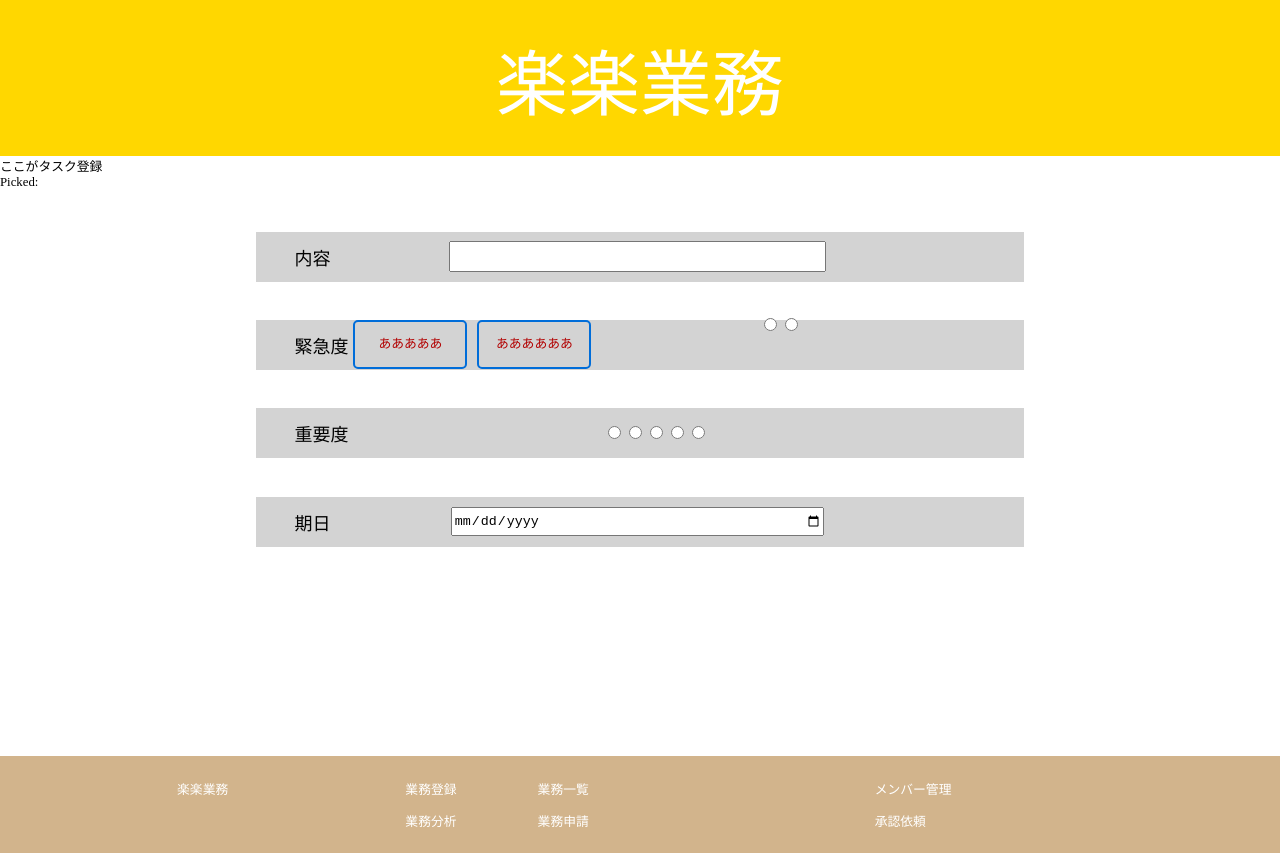
Repository: Reiya-1003/VueReplaceTask
Page: /#/register
The author's editor kept a copy of each file at every save. The page is drawn from the files as they stood at one save, then again after the next save.
The browser window is 1280 px wide. The pictures show the whole page.
The project was rebuilt for these pictures with package versions that can differ from the ones it lists, and the page was loaded fresh each time. Also part of the build but not shown: vue.config.js, src/components/pages/PageHome.vue.

Above is the page before, as saved 2022-06-16 16:24:55.

### public/index.html
<!DOCTYPE html>
<html lang="">
  <head>
    <meta charset="utf-8">
    <meta http-equiv="X-UA-Compatible" content="IE=edge">
    <meta name="viewport" content="width=device-width,initial-scale=1.0">
    <link rel="icon" href="<%= BASE_URL %>favicon.ico">
    <link rel="stylesheet" href="style.css">
    <title><%= htmlWebpackPlugin.options.title %></title>
  </head>
  <body>
    <noscript>
      <strong>We're sorry but <%= htmlWebpackPlugin.options.title %> doesn't work properly without JavaScript enabled. Please enable it to continue.</strong>
    </noscript>
    <div id="app"></div>
    <!-- built files will be auto injected -->
  </body>
</html>

### src/main.js
import Vue from 'vue'
import App from './App.vue'
import router from './roter'

Vue.config.productionTip = false


new Vue({
  router,
  render: h => h(App),
}).$mount('#app')

### src/App.vue
<template>
  <div>
      <PageHeader />

        <!-- <PageHome /> -->
        <router-view />

      <PageFooter />
  </div>
</template>

<script>
import PageHeader from "./components/modules/PageHeader";
import PageFooter from "./components/modules/PageFooter";


export default {
  name: 'App',
  components: {
    PageHeader,
    PageFooter,


  },

}
</script>

<style>

</style>

### src/roter.js
import Vue from 'vue'
import VueRouter from 'vue-router'
import Home from '@/components/pages/PageHome.vue'
import Register from '@/components/pages/PageRegister.vue'




Vue.use(VueRouter)

export default new VueRouter({
  // デフォルトの挙動では URL に `#` が含まれる.
  // URL から hash を取り除くには `mode:history` を指定する
  // mode: 'history',
  base: __dirname,

  routes: [
    {
      path: '/',
      name: 'home',
      component: Home
    },
    {
      path: '/register',
      name: 'register',
      component: Register
    },



  ]

})

### src/components/modules/PageHeader.vue
<template>
  <header id="headerblock">

    <h1 id="title" ><router-link to="/" >楽楽業務</router-link></h1>


  </header>
</template>

<script>
export default {
  name: 'PageHeader',

}
</script>


<style lang="scss" type="text/css">
  #headerblock{
    height: 10%;
    width: 100%;
    background-color: #ffd700;
    h1{
      margin: 0;
      text-align: center;
      padding: 2%;
      color: white;
      font-size: 10vh;
      font-weight: normal;
      a{
      cursor: pointer;
      color: inherit;
      text-decoration: none;
    }
    }


  }
</style>

### src/components/modules/PageFooter.vue
<template>
  <div id="footblock">

    <div class="flexitem1">
      <p><router-link to="/" >楽楽業務</router-link></p>
    </div>
    <div class="flexitem2">
      <div>
        <!-- roter-linkになると思う -->
        <p><router-link to="/register">業務登録</router-link></p>
        <p>業務分析</p>
      </div>
      <div class="item">
        <p>業務一覧</p>
        <p>業務申請</p>
      </div>
    </div>
    <div class="flexitem3">
      <p>メンバー管理</p>
      <p>承認依頼</p>
    </div>


  </div>
</template>

<script>
export default {
  name: 'PageFooter',

}
</script>


<style lang="scss" type="text/css">
  #footblock{
    background-color: #d2b48c;
    color: white;
    display: flex;
    justify-content: space-around;

    .flexitem1{
      width: 100%;
      text-align: center;
      padding-top: 10px;
      padding-bottom: 10px;
      a{
      cursor: pointer;
      color: inherit;
      text-decoration: none;
      }
    }
    .flexitem2{
      width: 100%;
      display: flex;
      padding-top: 10px;
      padding-bottom: 10px;
      justify-content: flex-start;
      a{
      cursor: pointer;
      color: inherit;
      text-decoration: none;
      }
      .item{
        padding-left: 20%;
      }
    }
    .flexitem3{
      padding-top: 10px;
      padding-bottom: 10px;
      padding-left: 5%;
      width: 100%;
      a{
      cursor: pointer;
      color: inherit;
      text-decoration: none;
      }
    }
  }
</style>

### src/components/pages/PageRegister.vue
<template>
  <div style="height: 600px">
    <div>ここがタスク登録</div>
    <span>Picked: {{ picked }}</span>

    <div class="listbox">
      <div class="listitem">
        <span class="itemtitle">内容</span
        ><span class="item"><input type="text" class="textinput" /></span>
      </div>
      <div class="listitem">
        <span class="itemtitle">緊急度</span>
        <span class="item">
          <input type="radio" id="one" value="one" name="Urgency" class="radioinput" v-model="picked"/><label
            for="one"
            >あああああ</label>
          <input type="radio" id="two" value="two" name="Urgency" class="radioinput" v-model="picked"/><label
            for="two"
            >ああああああ</label>

        </span>
      </div>
      <div class="listitem">
        <span class="itemtitle">重要度</span
        ><span class="item"
          ><input type="radio" /><input type="radio" /><input
            type="radio" /><input type="radio" /><input type="radio"
        /></span>
      </div>
      <div class="listitem">
        <span class="itemtitle">期日</span
        ><span class="item"><input type="date" class="dateinput" /></span>
      </div>
    </div>
  </div>
</template>

<script>
export default {
  name: "PageRegister",
  data(){
    return{
      picked:""
    }
  }
};
</script>

<style lang="scss" type="text/css">
.listbox {
  margin: 3px auto;
  height: 400px;
  width: 60%;
  display: flex;
  flex-direction: column;

  .listitem {
    height: 50px;
    display: flex;
    align-items: center;
    margin-top: 5%;
    background-color: lightgray;
    text-align: center;
    .itemtitle {
      margin-left: 5%;
      font-size: large;
    }
    .item {
      width: 80%;
      .textinput {
        width: 60%;
        height: 25px;
      }
      .dateinput {
        width: 60%;
        height: 25px;
      }
      input[type=radio] {


}
input[type="radio"]::checked + label {
background: #31A9EE;/* マウス選択時の背景色を指定する */
color: #ffffff; /* マウス選択時のフォント色を指定する */
}
label:hover {
background-color: #E2EDF9; /* マウスオーバー時の背景色を指定する */
}
label {
display: block; /* ブロックレベル要素化する */
float: left; /* 要素の左寄せ・回り込を指定する */
margin: 5px; /* ボックス外側の余白を指定する */
width: 100px; /* ボックスの横幅を指定する */
height: 45px; /* ボックスの高さを指定する */
padding-left: 5px; /* ボックス内左側の余白を指定する */
padding-right: 5px; /* ボックス内御右側の余白を指定する */
color: #b20000; /* フォントの色を指定 */
text-align: center; /* テキストのセンタリングを指定する */
line-height: 45px; /* 行の高さを指定する */
cursor: pointer; /* マウスカーソルの形（リンクカーソル）を指定する */
border: 2px solid #006DD9;/* ボックスの境界線を実線で指定する */
border-radius: 5px; /* 角丸を指定する */
}




    }
  }
}
</style>

### public/style.css
body{
  margin: 0;
  font-size: 1vmax;
}

After the next save:
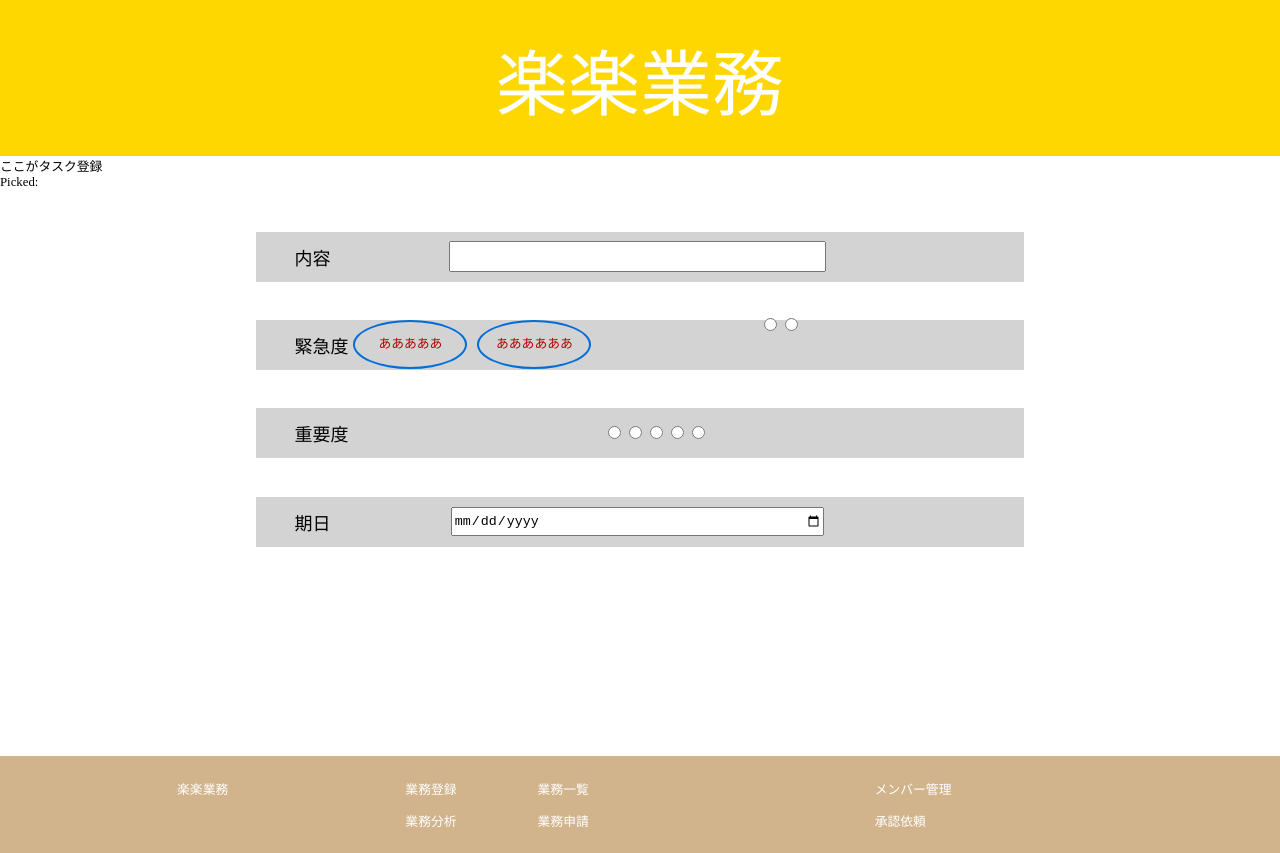
Saved 14 min 49 s later.
--- a/src/components/pages/PageRegister.vue
+++ b/src/components/pages/PageRegister.vue
@@ -99,7 +99,7 @@ text-align: center; /* テキストのセンタリングを指定する */
 line-height: 45px; /* 行の高さを指定する */
 cursor: pointer; /* マウスカーソルの形（リンクカーソル）を指定する */
 border: 2px solid #006DD9;/* ボックスの境界線を実線で指定する */
-border-radius: 5px; /* 角丸を指定する */
+border-radius: 50% /* 角丸を指定する */
 }
 
 
